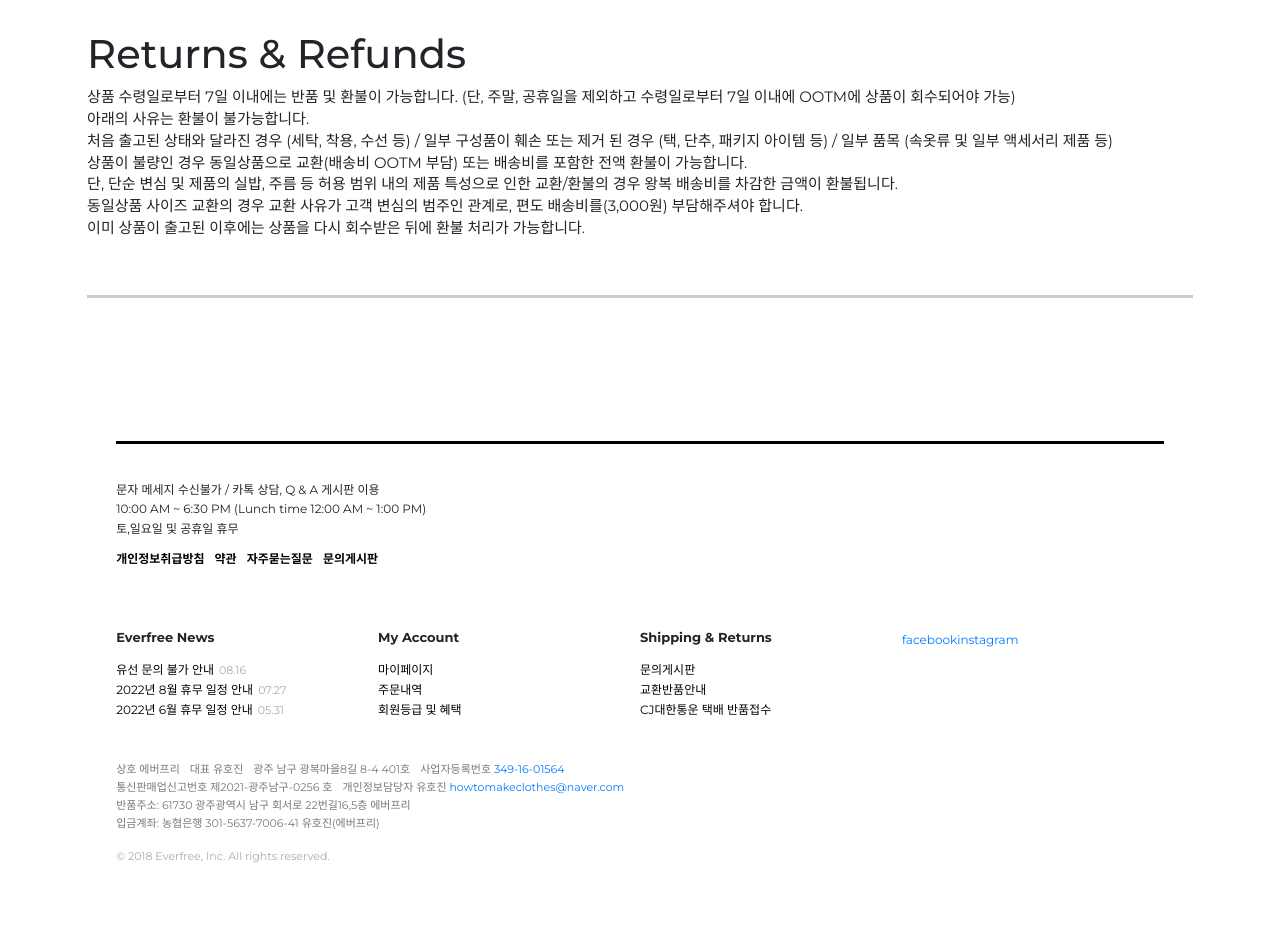
Repository: parkjunhoo/ootm
Page: ootm/src/main/webapp/html/1.html
An editor plug-in stored every save of this project. The page is shown before and after the next save, followed by the edit.
The browser window is 1280 px wide. The pictures show the part of the page from y = 2120 to 3072 px (the page is 3072 px tall before and 2957 px after).
A picture or video elsewhere on the page could not be fetched, so the positions and the page height are approximate.

Above is the page before, as saved 2023-04-22 13:30:29.

After the next save:
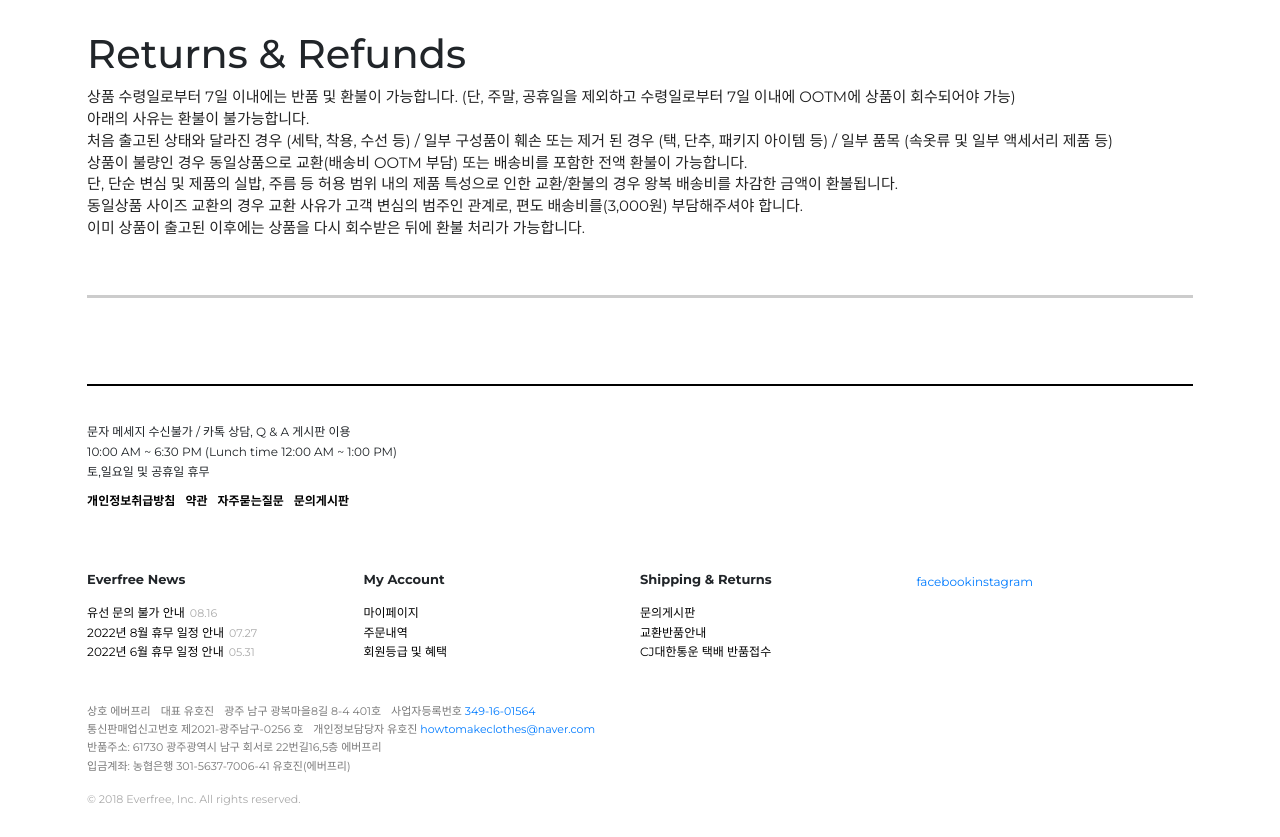
Saved 32 s later.
--- a/ootm/src/main/webapp/html/1.html
+++ b/ootm/src/main/webapp/html/1.html
@@ -33,8 +33,8 @@
 	rel="stylesheet">
 <link rel="stylesheet"
 	href="https://cdnjs.cloudflare.com/ajax/libs/font-awesome/4.7.0/css/font-awesome.min.css">
-<link rel="stylesheet" type="text/css" href="/everfree_clone-main/component/header/header.css"/>
-<link rel="stylesheet" type="text/css" href="/everfree_clone-main/component/footer/footer.css"/>
+
+
       <style>
         .content-container {
             margin-left: 70px;
